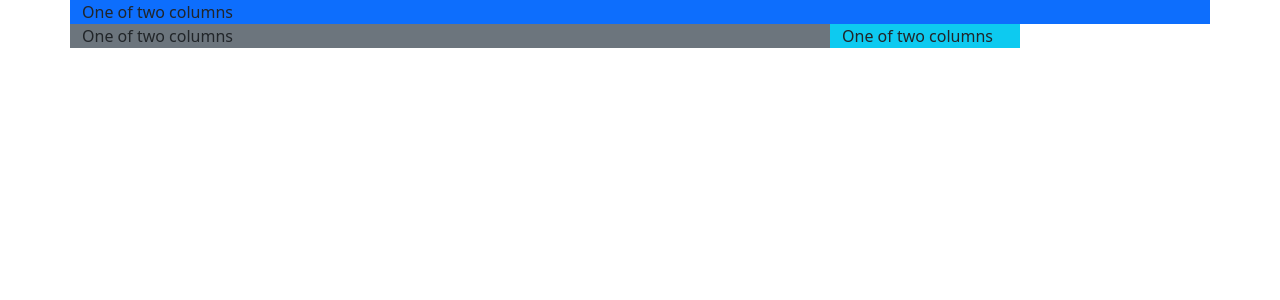
Repository: MintuKrishnan/subrahmanyam-batch
Page: front-end/bootstrap/index.html
An editor plug-in stored every save of this project. The page is shown before and after a run of saves, followed by the edit.
The browser window is 1280 px wide. The pictures show the whole page.

Above is the page before, as saved 2021-03-09 10:22:49.

After the next 2 saves:
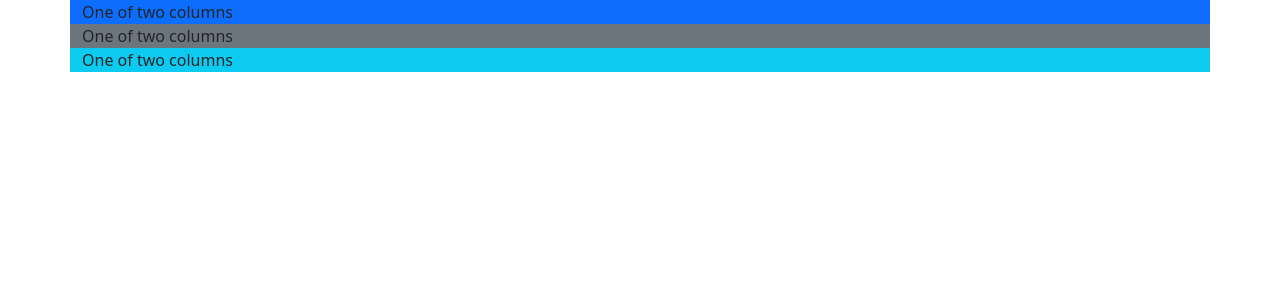
The 2 saves are shown as one change because they came seconds apart.
The last was saved 104 s later.
--- a/front-end/bootstrap/index.html
+++ b/front-end/bootstrap/index.html
@@ -19,8 +19,8 @@
     <div class="container">
       <div class="row justify-content-start">
         <div class="col-sm-12 col-6 bg-primary">One of two columns</div>
-        <div class="col-8 bg-secondary">One of two columns</div>
-        <div class="col-2 bg-info">One of two columns</div>
+        <div class="col-sm-12 col-8 bg-secondary">One of two columns</div>
+        <div class="col-sm-12 col-2 bg-info">One of two columns</div>
       </div>
     </div>
 
